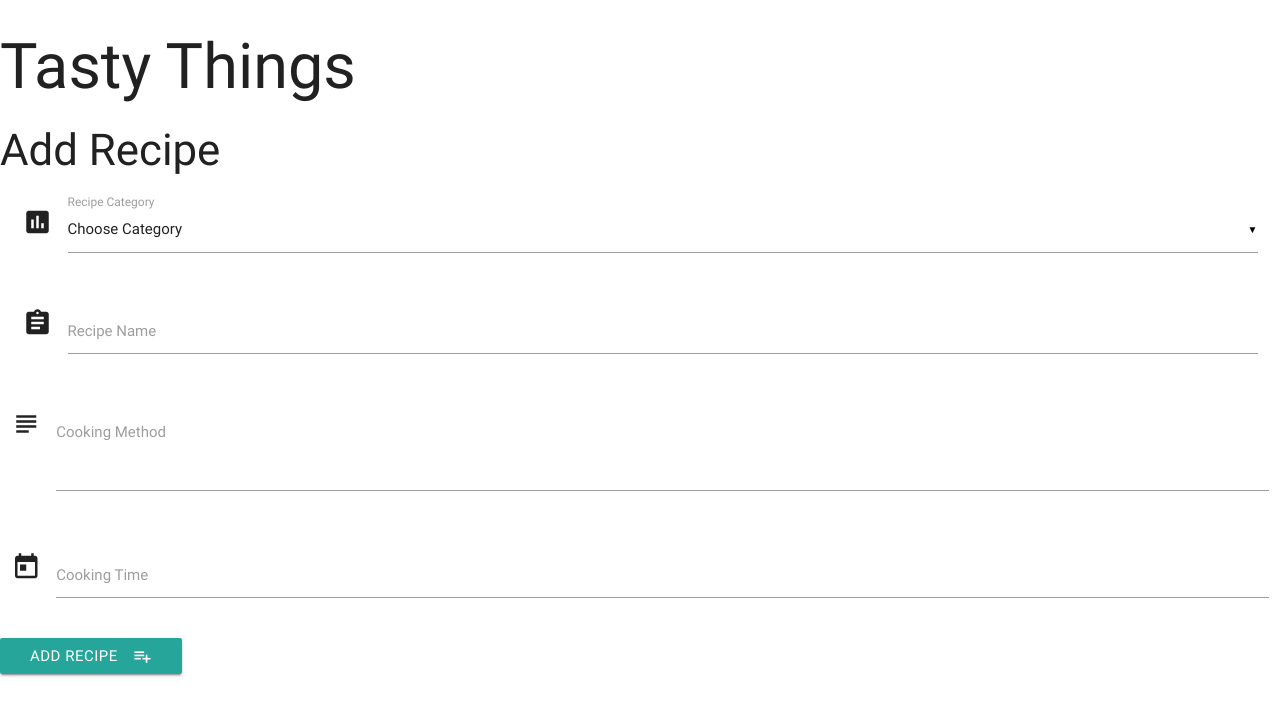
Repository: marius1989D/milestone-project-3
Page: templates/addrecipe.html
The author's editor kept a record of every edit. The page is drawn from the files as they stood at one moment, then again after the next edit.
The browser window is 1280 px wide. The pictures show the whole page.
The page is served by the project's application, run on Flask 3 (app.py). The template is opened directly, without the code that normally fills it, so the values that code supplies are empty.

Above is the page before.

### templates/addrecipe.html
{% extends 'base.html' %} {% block content %}
<h3>Add Recipe</h3>
<div class="row">
    <form action="{{ url_for('insert_recipe') }}" method="POST" class="col s12">
        <div class="row">

                <div class="input-field col s12">
                    <i class="material-icons prefix">poll</i>
                    <select id="category" name="recipe_category">
                    <option value="" disabled selected>Choose Category</option>
                    {% for cat in categories %}
                    <option value="{{cat.recipe_category}}">{{cat.recipe_category}}</option>
                    {% endfor %}
                    </select>
                    <label>Recipe Category</label>
                </div>
            </div>
            <div class="input-field col s12">
                <i class="material-icons prefix">assignment</i>
                <input id="recipe_name" name="recipe_name" type="text">
                <label for="icon_prefix">Recipe Name</label>
            </div>
        </div>
        <div class="row">
            <div class="input-field col s12">
                <i class="material-icons prefix">subject</i>
                <textarea name="recipe_method" id="recipe_method" class="materialize-textarea"></textarea>
                <label for="icon_telephone">Cooking Method</label>
            </div>
        </div>
        <div class="row">
            <div class="input-field col s12">
                <i class="material-icons prefix">today</i>
                <input id="recipe_time" name="recipe_time" type="text" class="datepicker">
                <label for="icon_prefix">Cooking Time</label>
            </div>
        </div>
        <div class="row">
            <button class="btn waves-effect waves-light" type="submit" name="action">Add Recipe
                <i class="material-icons right">playlist_add</i>
             </button>
        </div>
    </form>
</div>

{% endblock %}

### templates/base.html
<!DOCTYPE html>
<html lang="en">

<head>
    <meta charset="UTF-8">
    <meta name="viewport" content="width=device-width, initial-scale=1.0">
    <meta http-equiv="X-UA-Compatible" content="ie=edge">

    <link href="https://fonts.googleapis.com/icon?family=Material+Icons" rel="stylesheet">
    <link rel="stylesheet" href="https://cdnjs.cloudflare.com/ajax/libs/materialize/0.100.2/css/materialize.min.css">
    <link rel="stylesheet" href="{{url_for('static' , filename = "css/style.css")}}" type="text/css" />
    <title>Tasty Things</title>
</head>

<body>
    <h1>Tasty Things</h1>


    <script src="https://cdnjs.cloudflare.com/ajax/libs/jquery/3.4.1/jquery.min.js" integrity="sha256-CSXorXvZcTkaix6Yvo6HppcZGetbYMGWSFlBw8HfCJo=" crossorigin="anonymous"></script>
    <script src="https://cdnjs.cloudflare.com/ajax/libs/materialize/0.100.2/js/materialize.min.js"></script>
    <script type="text/javascript">
        $(document).ready(function() {
            $('.collapsible').collapsible();
            $('select').material_select();
        });
    </script>
    {% block content %} {% endblock %}
</body>

</html>

### app.py
import os
from flask import Flask, render_template, redirect, request, url_for
from flask_pymongo import PyMongo
from bson.objectid import ObjectId

app = Flask(__name__)

app.config["MONGO_DBNAME"] = 'cooking_recipes'
app.config["MONGO_URI"] = 'mongodb+srv://root:r00tUser@myfirstcluster-rffnv.mongodb.net/cooking_recipes?retryWrites=true&w=majority'

mongo = PyMongo(app)

@app.route('/')
@app.route('/get_recipe')
def get_recipe():
    return render_template('recipes.html', recipes=mongo.db.recipes.find())

@app.route('/add_recipe')
def add_recipe():
    return render_template('addrecipe.html',
                           recipes=mongo.db.recipes.find())

@app.route('/insert_recipe', methods=['POST'])
def insert_recipe():
    recipes =  mongo.db.recipes
    recipes.insert_one(request.form.to_dict())
    return redirect(url_for('get_recipe'))

if __name__ == '__main__':
    app.run(host=os.environ.get('IP'),
        port=int(os.environ.get('PORT')),
        debug=True)

Loaded but not shown: static/css/style.css (no copy from this time; the picture is the same without it)

After the next edit:
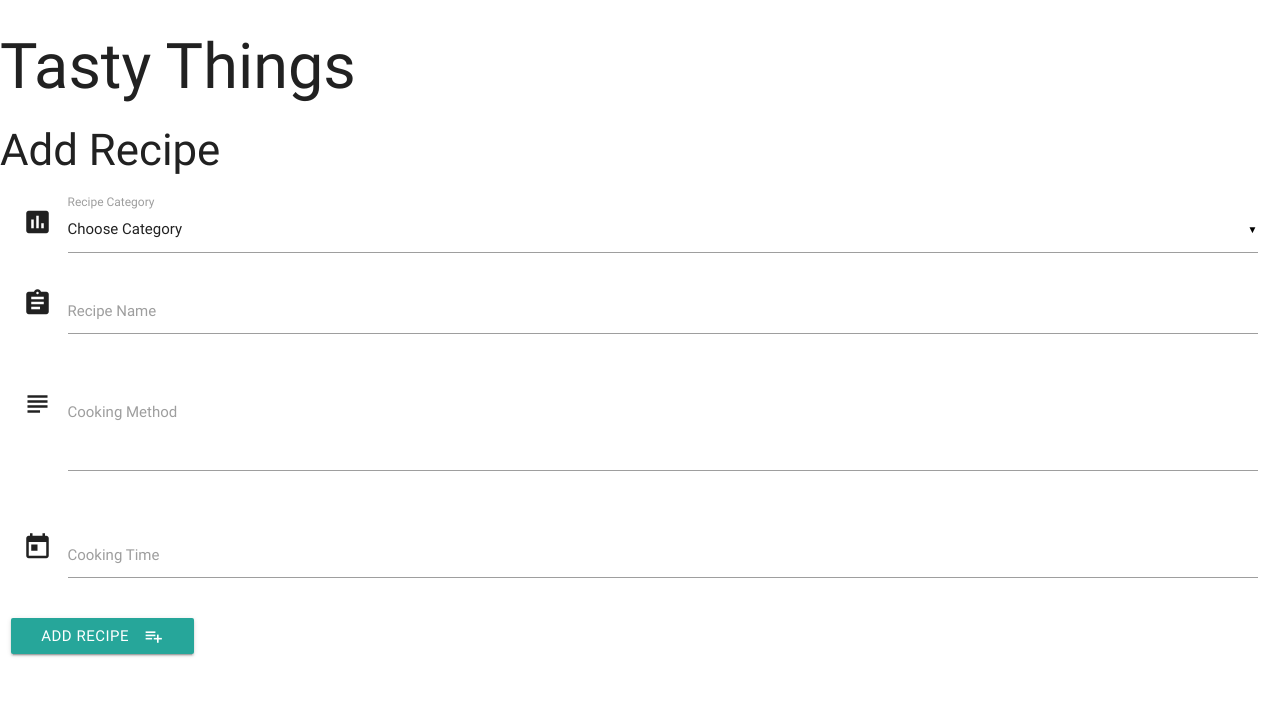
The edit:
--- a/templates/addrecipe.html
+++ b/templates/addrecipe.html
@@ -14,7 +14,8 @@
                     </select>
                     <label>Recipe Category</label>
                 </div>
-            </div>
+
+        <div class="row">
             <div class="input-field col s12">
                 <i class="material-icons prefix">assignment</i>
                 <input id="recipe_name" name="recipe_name" type="text">
